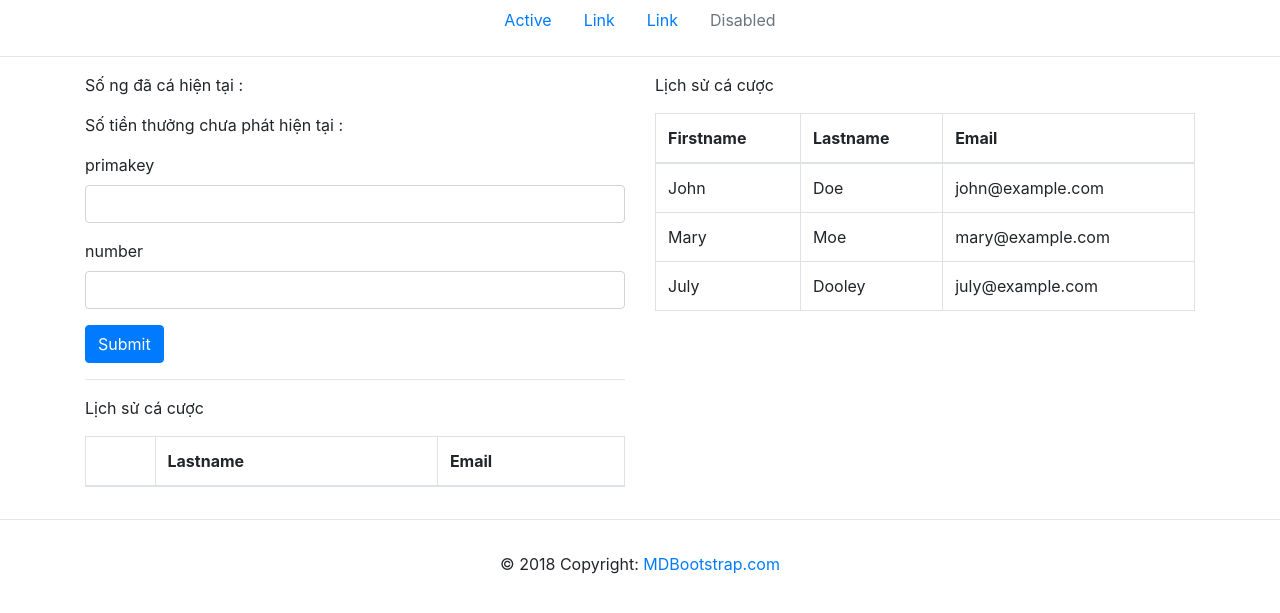
Repository: tienvins/vinsofts-blockchain-training-Oct2018
Page: views/home/index.ejs
The author's editor kept a copy of each file at every save. The page is drawn from the files as they stood at one save, then again after the next save.
The browser window is 1280 px wide. The pictures show the whole page.
The page is served by the project's Node server (index.js). The template is opened directly, without the code that normally fills it, so the values that code supplies are empty.

Above is the page before, as saved 2018-11-06 10:58:15.

After the next save:
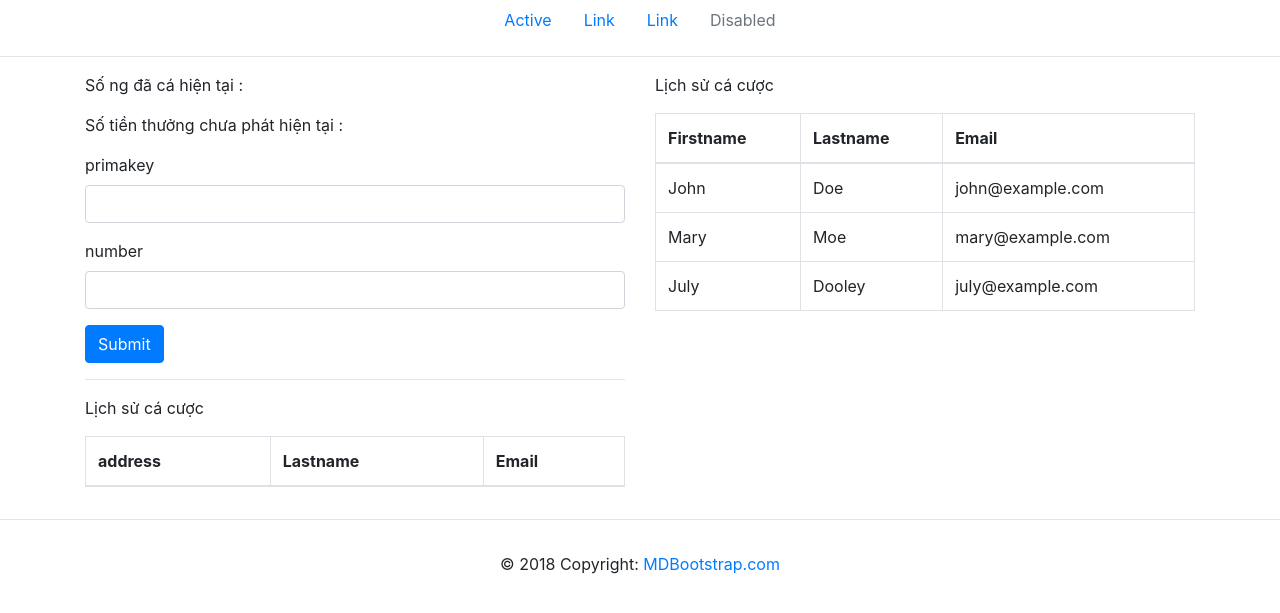
Saved 5 s later.
--- a/tunglt/dappbetting/views/home/index.ejs
+++ b/tunglt/dappbetting/views/home/index.ejs
@@ -23,7 +23,7 @@
       <table class="table table-bordered">
         <thead>
           <tr>
-            <th><address></address></th>
+            <th>address</th>
             <th>Lastname</th>
             <th>Email</th>
           </tr>
